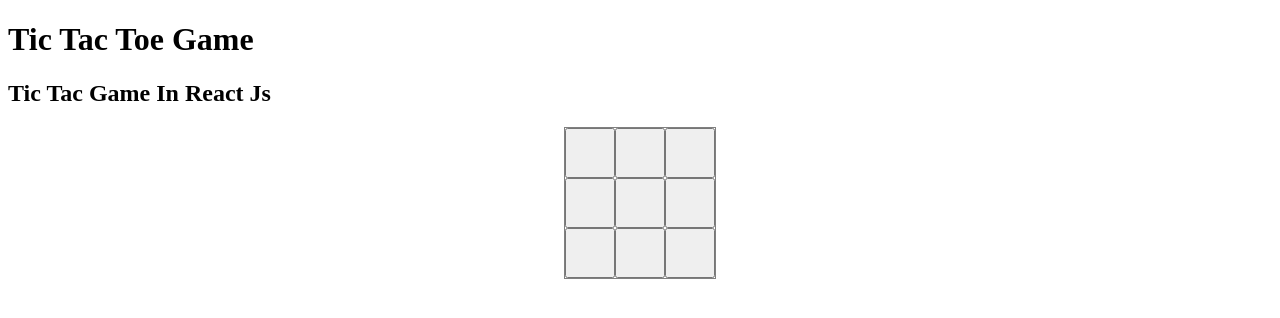
Repository: Wahid137/tic-tac-toe-game
Page: /
These files come from the project's save history. The page is drawn as it stood at one moment and after the next save; the edit follows.
The browser window is 1280 px wide. The pictures show the whole page.
The project was rebuilt for these pictures with package versions that can differ from the ones it lists, and the page was loaded fresh each time. Also part of the build but not shown: vite.config.js, src/index.css.

Above is the page before, as saved 2023-09-18 01:12:34.

### src/App.jsx
import "./App.css";
import TicTacToeGame from "./Game/TicTacToeGame";

function App() {
  return (
    <>
      <h1>Tic Tac Toe Game</h1>
      <TicTacToeGame />
    </>
  );
}

export default App;

### src/App.css
.board{
  margin:0 auto;
  width: 150px;
  border:solid 1px gray;

}
.board button{
  display: inline-block;
  vertical-align: top;
  width: 50px;
  height: 50px;
  list-style: 50px;
  font-size: 30px;
  font-weight: bold;
  cursor: pointer;
}

### src/Game/TicTacToeGame.jsx
import { useState } from "react";
import "../App.css";
import Square from "./square";

const TicTacToeGame = () => {
  const [board, setBoard] = useState(Array(9).fill(null));

  const handleClick = (index) => {
    console.log(index);
  };

  return (
    <>
      <h2>Tic Tac Game In React Js</h2>
      <div className="board">
        {board.map((item, index) => {
          return (
            <Square
              clickBtn={handleClick}
              key={index}
              value={item}
              index={index}
            />
          );
        })}
      </div>
    </>
  );
};

export default TicTacToeGame;

### src/Game/square.jsx
const Square = ({ value, clickBtn, index }) => {
  return (
    <>
      <button onClick={() => clickBtn(index)}>{value}</button>
    </>
  );
};

export default Square;

Loaded but not shown: index.html (common file); src/main.jsx (common file)

After the next save:
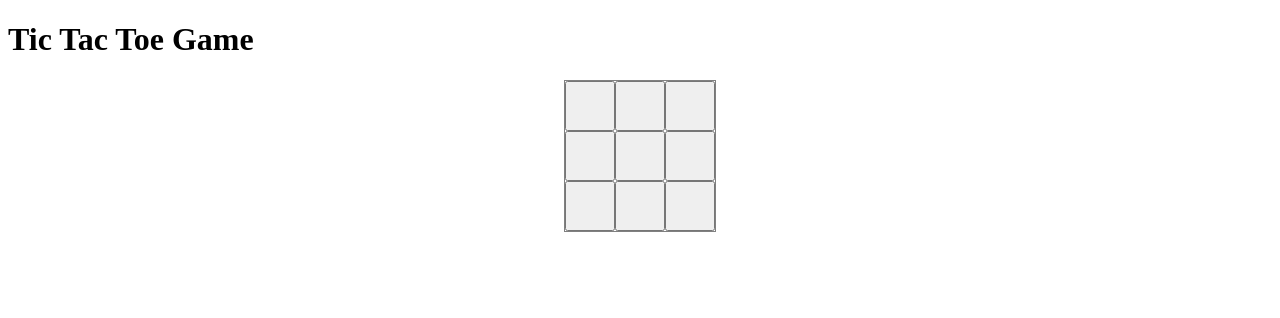
Saved 28 s later.
--- a/src/Game/TicTacToeGame.jsx
+++ b/src/Game/TicTacToeGame.jsx
@@ -11,7 +11,6 @@ const TicTacToeGame = () => {
 
   return (
     <>
-      <h2>Tic Tac Game In React Js</h2>
       <div className="board">
         {board.map((item, index) => {
           return (
